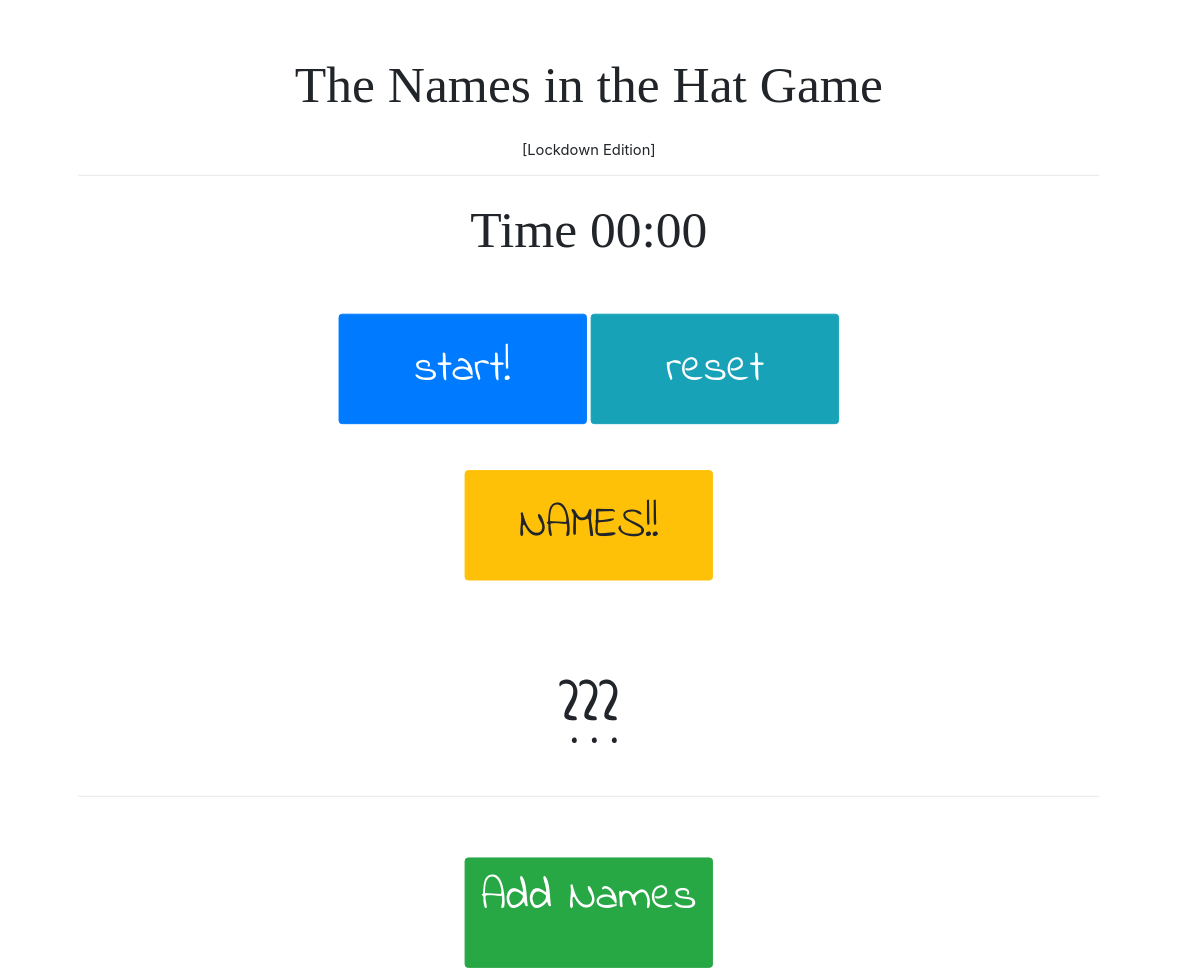
Repository: TaylorD1982/randomizer
Page: index.html
The author's editor kept a record of every edit. The page is drawn from the files as they stood at one moment, then again after the next edit.
The browser window is 1280 px wide. The pictures show the whole page, at 92% of full size.
Some web fonts or font styles are not loaded; a fallback is used. Some web libraries are served in a nearby version.

Above is the page before.
Console error: TypeError: Cannot read properties of null (reading 'addEventListener')

After the next edit:
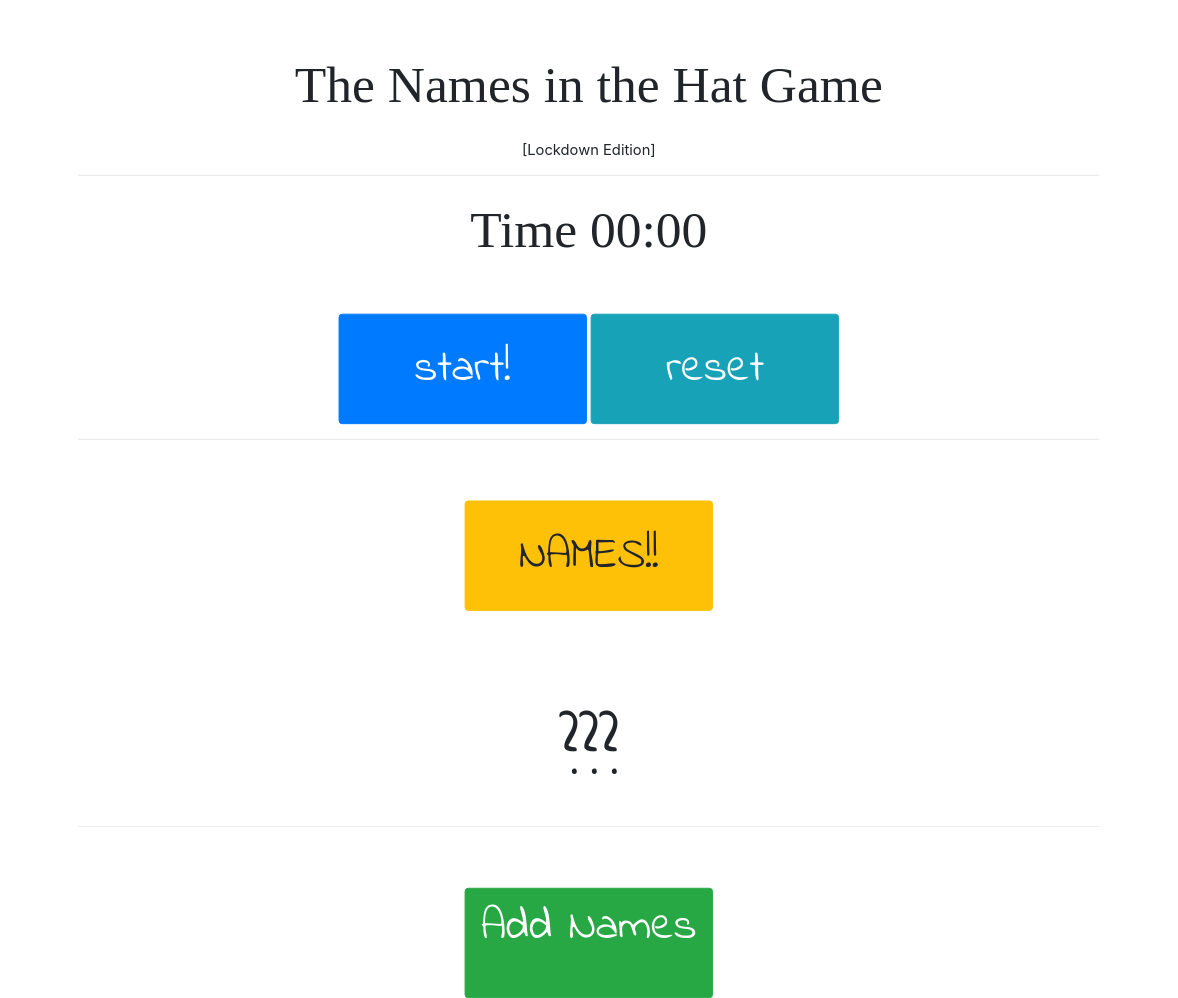
The edit:
--- a/index.html
+++ b/index.html
@@ -25,7 +25,7 @@
                 <div class="title">Time <span class="timer-view">00:00</span></div>
                 <button class="start btn btn-primary">start!</button>
                 <button class="reset btn btn-info">reset</button>
-                <br>
+                <hr>
                 <button id="Button" type="button" class="btn btn-warning">
                       NAMES!!
                 </button>
